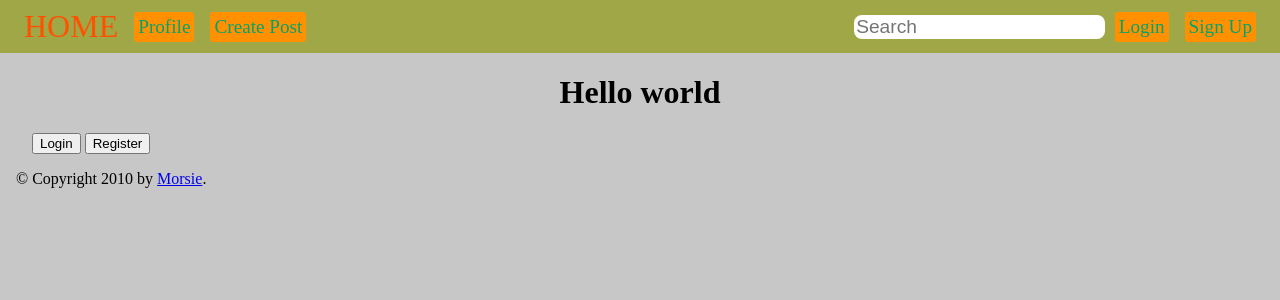
Repository: MorsChen/python-blog
Page: templates/home.html
These files come from the project's save history. The page is drawn as it stood at one moment and after the next save; the edit follows.
The browser window is 1280 px wide. The pictures show the whole page.
The page is served by the project's application, run on Flask 3 (default.py). The template is opened directly, without the code that normally fills it, so the values that code supplies are empty.

Above is the page before, as saved 2019-09-09 17:10:01.

After the next save:
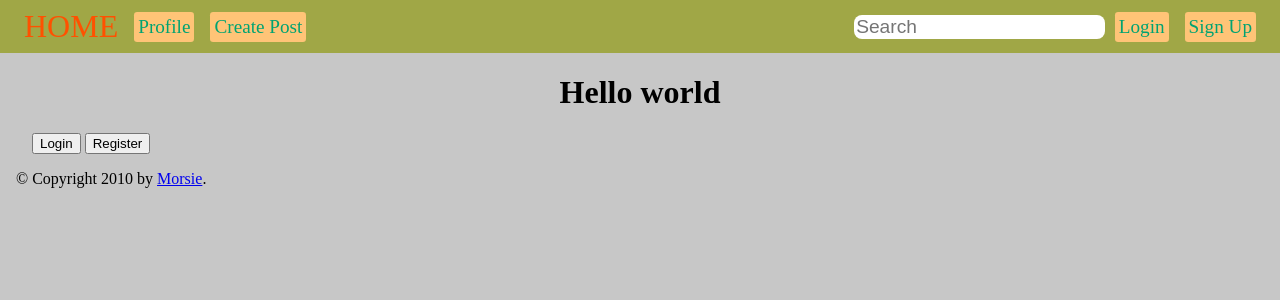
Saved 10 s later.
--- a/static/style.css
+++ b/static/style.css
@@ -57,7 +57,7 @@ body{
     border: none;
     text-decoration: none;
     border-radius: 0.2rem;
-    background-color: rgb(255, 145, 0);
+    background-color: rgb(255, 196, 119);
     text-align: center;
     text-justify: center;
     padding: 0.25rem;
